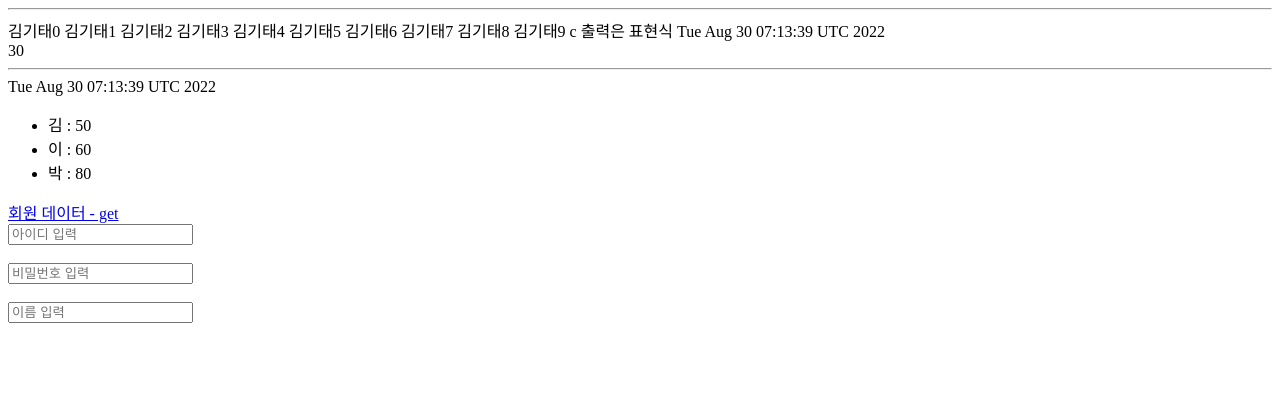
Repository: Show-And-Prove/jsp
Page: http://localhost/practice01/
The author's editor kept a copy of each file at every save. The page is drawn from the files as they stood at one save, then again after the next save.
The browser window is 1280 px wide. The pictures show the whole page.
The page is served by Tomcat 9.

Above is the page before, as saved 2022-10-11 07:00:13.

After the next save:
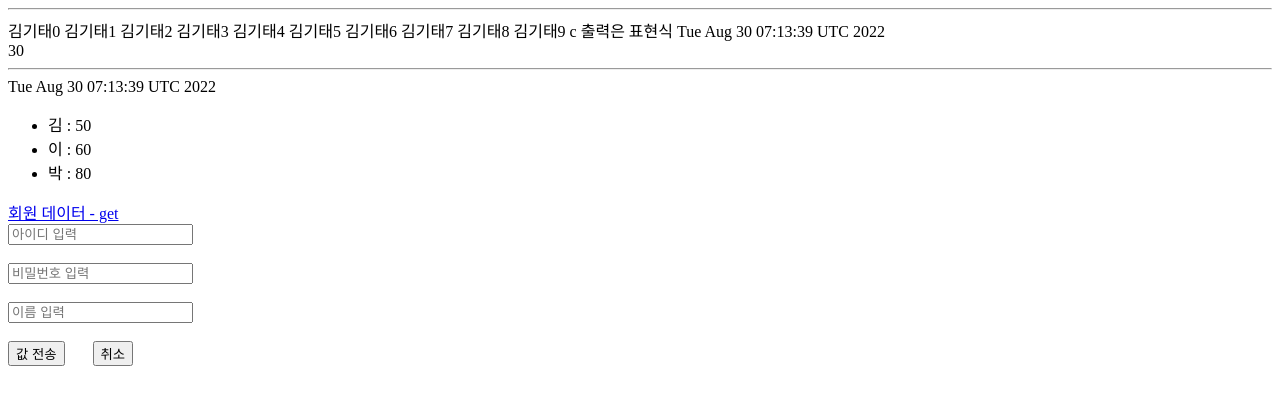
Saved 2 min 19 s later.
--- a/practice01/WebContent/index.jsp
+++ b/practice01/WebContent/index.jsp
@@ -50,7 +50,8 @@
 	<input name="id" id="id" placeholder="아이디 입력"><br><br>
 	<input type="password" name="pw" id="pw" placeholder="비밀번호 입력"><br><br>
 	<input name="name" id="name" placeholder="이름 입력"><br><br>
-
+	<input type="submit" value="값 전송"> &nbsp; &nbsp; &nbsp;
+	<input type="reset" value="취소">
 </form>
 <div id="msg">
 <%
